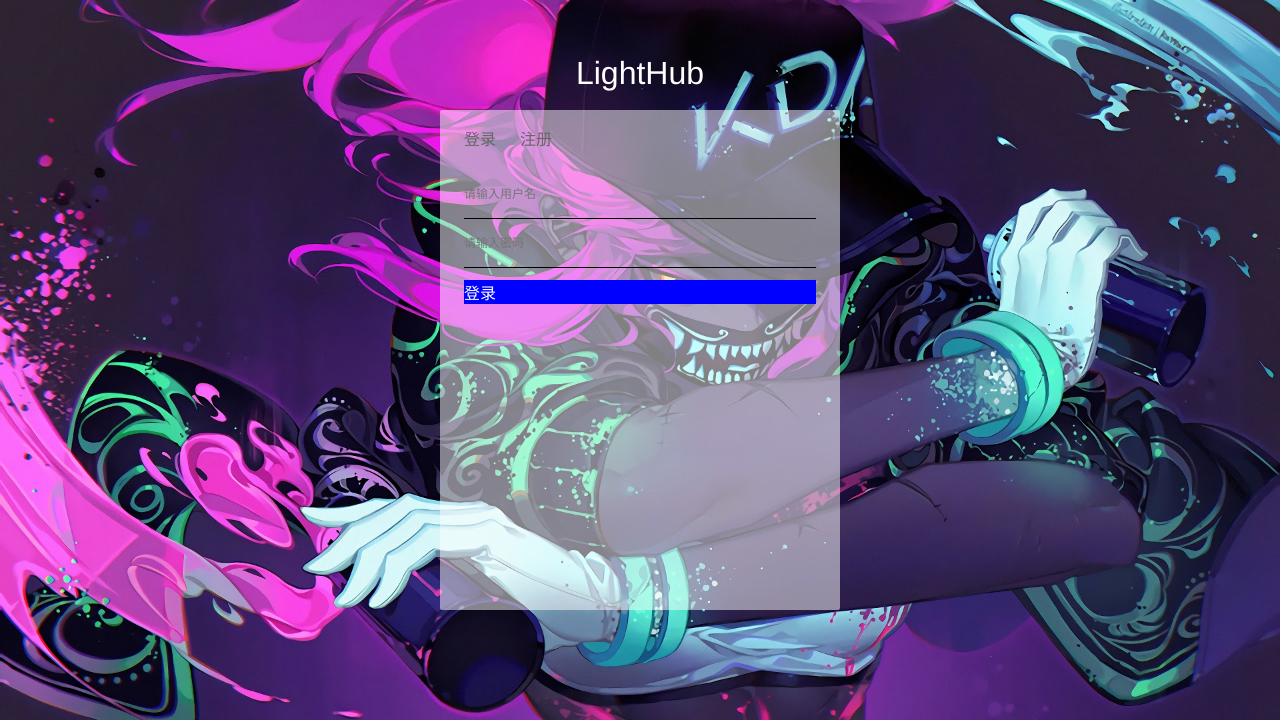
Repository: Martinell1/LightHub
Page: /login (app in LightHub/)
The author's editor kept a copy of each file at every save. The page is drawn from the files as they stood at one save, then again after the next save.
The browser window is 1280 px wide. The pictures show the whole page.
The project was rebuilt for these pictures with package versions that can differ from the ones it lists, and the page was loaded fresh each time. Also part of the build but not shown: LightHub/vite.config.ts.

Above is the page before, as saved 2021-11-21 00:20:51.

### LightHub/src/main.ts
import { createApp } from 'vue'
import App from './App.vue'
import router from './router'
import store from './store'

createApp(App)
  .use(router)
  .use(store)
  .mount('#app')

### LightHub/src/App.vue
<template>
  <router-view></router-view>
</template>

<script setup lang="ts">

</script>

<style lang="scss">
@import "../src/css/app.scss";
</style>

### LightHub/src/router/index.ts
import { createRouter, createWebHistory } from 'vue-router'

const routes: Array<any> = [
  {
    path: '/login',
    name: 'Login',
    component: () => import('../views/Login.vue')
  },
  {
    path: '/',
    name: 'Main_Layout',
    component: () => import('../layout/Main_Layout.vue'),
    children: [
      {
        path: '/',
        name: 'Home',
        component: () => import('../views/Home.vue'),
      },
    ]
  }
]

const router = createRouter({
  history: createWebHistory(),
  routes
})


export default router

### LightHub/src/css/app.scss
:root{

}
/*css 初始化 */
html, body, ul, li, ol, dl, dd, dt, p, h1, h2, h3, h4, h5, h6,
form, fieldset, legend, img { margin:0; padding:0;}
fieldset, img,input,button { border:none; padding:0;margin:0;outline-style:none; }
ul, ol { list-style:none; }
input { padding-top:0; padding-bottom:0; font-family: "SimSun","宋体";}
select, input { vertical-align:middle; }
select, input, textarea { font-size:12px; margin:0; }
textarea { resize:none; }
img {border:0;    vertical-align:middle;}
table { border-collapse:collapse; }
body {
    font:16px Helvetica,Arial,sans-serif,Verdana,"\5b8b\4f53";
    color:#666;
    background:#fff
}
.clearfix:before,.clearfix:after{
    content:"";
    display:table;
}
.clearfix:after{clear:both;}
.clearfix{
    *zoom:1;/*IE/7/6*/
}
a{color:#666; text-decoration:none; }
a:hover{color:lightcoral;}
h1,h2,h3,h4,h5,h6{text-decoration:none;font-weight:normal;}
s,i,em{font-style:normal;text-decoration:none;}
.col-red{color: #C81623!important;}

::-webkit-scrollbar {
  width: 0 !important;
}
::-webkit-scrollbar {
  width: 0 !important;height: 0;
}

*{
  box-sizing: border-box;
}

/*公共类*/
.w{
    width: 1080px;margin:0 auto;
}
.fl {
    float:left
}
.fr {
    float:right
}
.al {
    text-align:left
}
.ac {
    text-align:center
}
.ar {
    text-align:right
}
.hide {
    display:none
}

.word-btn{
  line-height: 60px;
  height: 60px;
  cursor: pointer;
  margin-right: 24px;

  &:hover{
    font-weight: 600;
    color: #121212;
    border-bottom: 3px solid blue;
  }
}

### LightHub/src/views/Login.vue
<template>
  <div class="login-page">
    <div class="login-wrap">
      <div class="login-title">
        <h1>LightHub</h1>
      </div>
      <div class="login-tabs">
        <div class="login-tab word-btn">登录</div>
        <div class="login-tab word-btn">注册</div>
      </div>
      <div class="login-form">
        <div class="login-form-item">
          <input class="input" placeholder="请输入用户名" />
        </div>
        <div class="login-form-item">
          <input class="input" placeholder="请输入密码" />
        </div>
        <div class="login-form-btn">登录</div>
      </div>
    </div>
  </div>
</template>

<script setup lang="ts">


</script>
<style lang='scss' scoped>
.login-page {
  display: flex;
  align-items: center;
  justify-content: center;
  width: 100vw;
  height: 100vh;
  background-image: url("../../src/assets/images/login-bg.jpg");
  background-size: cover;
  background-repeat: no-repeat;

  .login-wrap {
    position: relative;
    width: 400px;
    height: 500px;
    padding: 0 24px;
    border-radius: 2px;
    background-color: rgba($color: #ffffff, $alpha: 0.5);

    .login-title {
      position: absolute;
      left: 50%;
      transform: translate(-50%, -150%);
      color: white;
    }
  }

  .login-tabs {
    .login-tab {
      display: inline-block;
    }
  }

  .login-form {
    .login-form-item {
      padding: 12px 0;

      input {
        width: 100%;
        line-height: 24px;
        height: 24px;
        background: transparent;
      }
      border-bottom: 1px solid black;
    }

    .login-form-btn {
      margin: 12px 0;
      height: 24px;
      color: white;
      background-color: blue;
    }
  }
}
</style>

Loaded but not shown: LightHub/index.html (common file); LightHub/src/store/index.js (no copy from this time; the picture is the same without it)

After the next save:
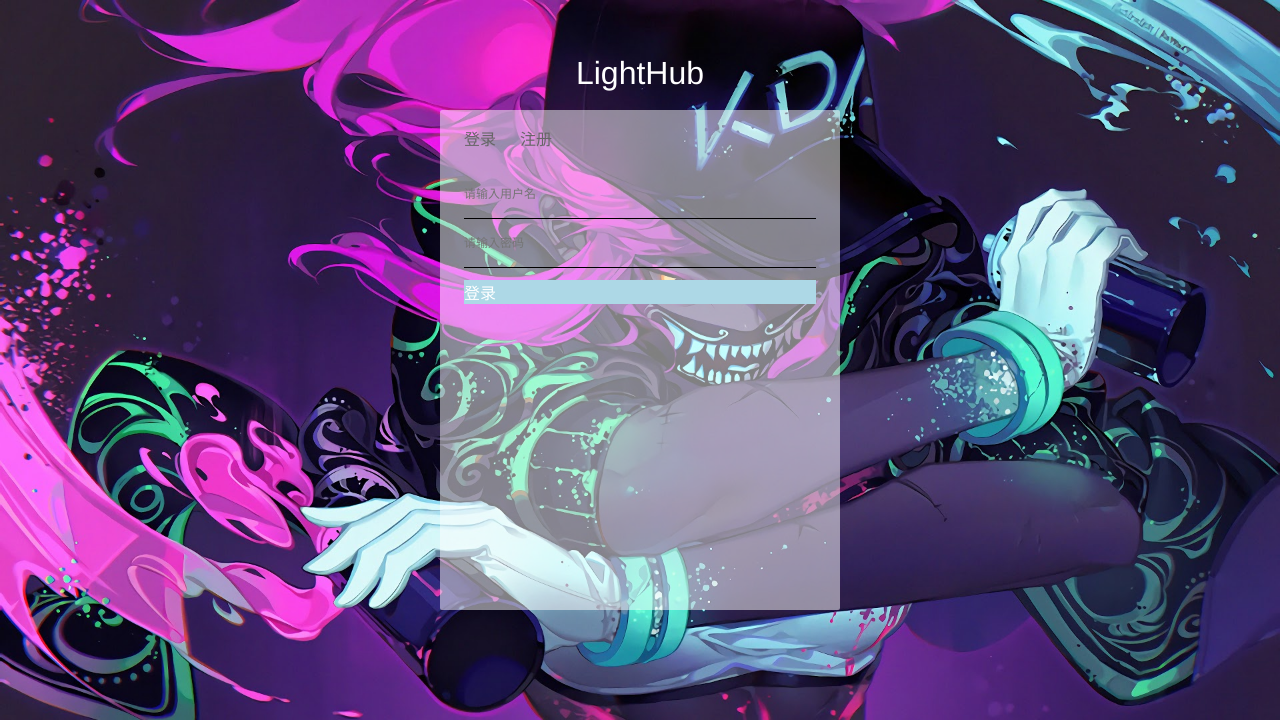
Saved 7 s later.
--- a/LightHub/src/views/Login.vue
+++ b/LightHub/src/views/Login.vue
@@ -75,7 +75,7 @@
       margin: 12px 0;
       height: 24px;
       color: white;
-      background-color: blue;
+      background-color: lightblue;
     }
   }
 }
